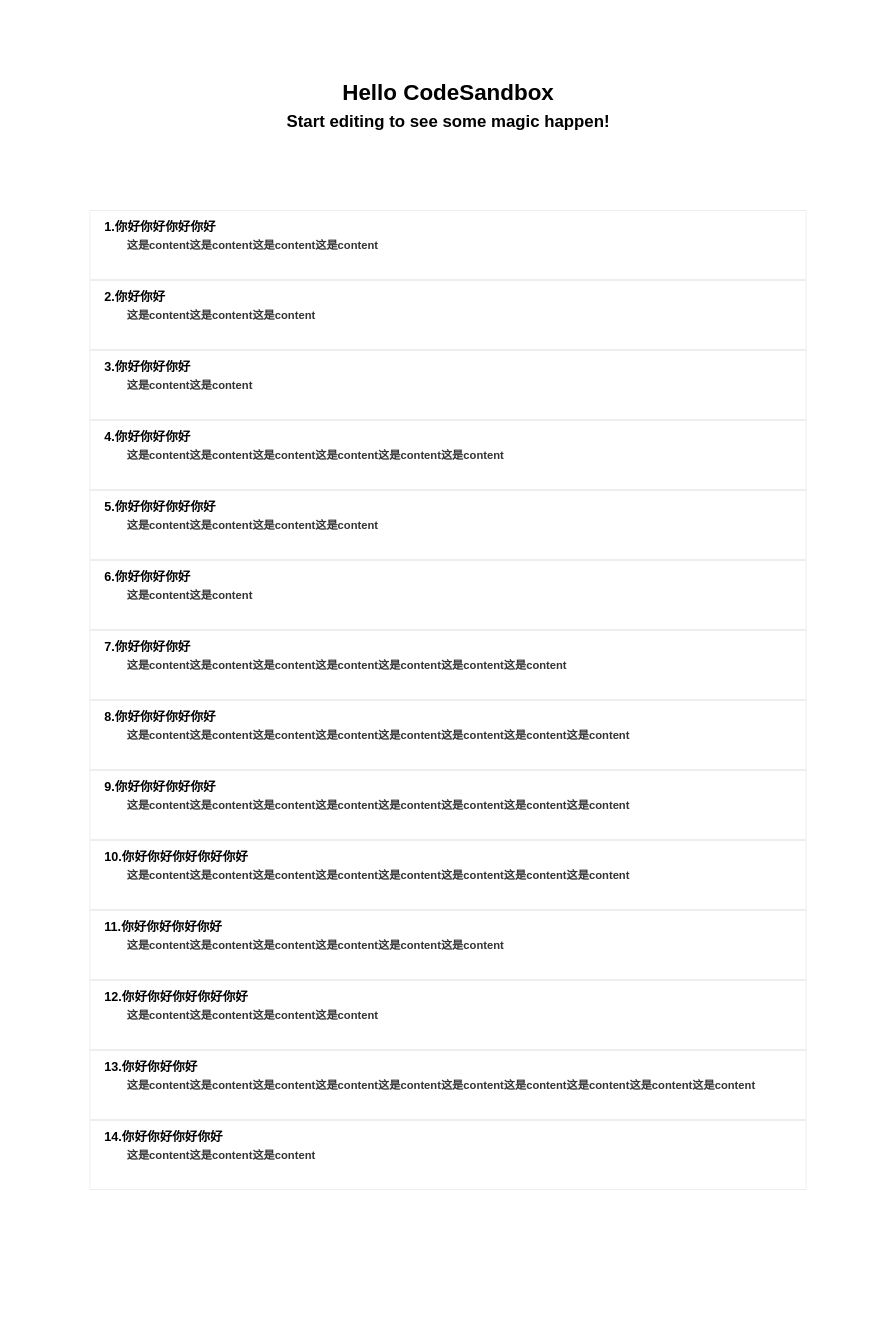
Repository: yuwanlin/react-virtuallist
Page: /
The author's editor kept a copy of each file at every save. The page is drawn from the files as they stood at one save, then again after the next save.
The browser window is 1280 px wide. The pictures show the part of the page from y = 0 to 1920 px (the page is 7000 px tall before and 6622 px after), at 70% of full size.
The project was rebuilt for these pictures with package versions that can differ from the ones it lists, and the page was loaded fresh each time.

Above is the page before, as saved 2019-09-21 14:09:52.

### src/index.tsx
import * as React from 'react'
import { render } from 'react-dom'

import './styles.css'
import VirtualList from './containers/virtual-list'
import { data } from './utils/data'

function App() {
  return (
    <div className="App">
      <div className={'hello'}>
        <h1>Hello CodeSandbox</h1>
        <h2>Start editing to see some magic happen!</h2>
      </div>

      <VirtualList
        list={data.list}
        numberOfContainer={10}
      />
    </div>
  )
}

const rootElement = document.getElementById('root')
render(<App/>, rootElement)

### src/containers/virtual-list/index.tsx
import React, { useEffect, useRef, useState, useLayoutEffect } from 'react'
import { Item } from '../../utils/data'
import './style.css'
import ListItem from '../../component/list-item'

interface VirtualListProps {
  beforeBuffer?: number
  afterBuffer?: number
  list: Item[]
  numberOfContainer: number
}

interface ItemPosition {
  top: number
  bottom: number
  index: number
}

function VirtualList(props: VirtualListProps) {
  const { beforeBuffer = 2, afterBuffer = 2, list = [], numberOfContainer = 10 } = props
  const [visibleList, setVisibleList] = useState<Item[]>([])
  const visibleItmesPositionRef = useRef<ItemPosition[]>([])
  const lastScrollItemPosition = useRef<ItemPosition>({ top: 0, bottom: 0, index: 0 })
  const lastScrollTopRef = useRef<number>(0)
  const startIndexRef = useRef<number> (0)
  // visible list的paddingTop和paddingBottom
  // 在list总长度不变的情况下，要保持visible list的paddingTop +  height + paddingBottom不变，才可以滚动
  const listOffsetRef = useRef({
    startOffset: 0,
    endOffset: 0
  })



  useEffect(() => {
    console.log('parent useEffect')
    updateListBoxHeight()
    window.addEventListener('scroll', handleScroll)

    return () => {
      window.removeEventListener('scroll', handleScroll)
    }
  }, [])

  useLayoutEffect(() => {
    console.log('parent useLayoutEffect')
  }, [])

  const getScrollTop = () => {
    return Math.max(document.body.scrollTop, document.documentElement.scrollTop, window.pageYOffset)
  }

  const handleScroll = () => {
    const scrollTop = getScrollTop()
    console.log('scrollTop', scrollTop, lastScrollItemPosition.current.bottom)
    // 滚动条向下滚动
    if(scrollTop > lastScrollTopRef.current) {
      if(scrollTop > lastScrollItemPosition.current.bottom) {
        updateStartIndex(scrollTop)
        updateListBoxHeight()
      }
    }

    if(scrollTop < lastScrollTopRef.current) {
      if(scrollTop < lastScrollItemPosition.current.top) {
        updateStartIndex(scrollTop)
        updateListBoxHeight()
      }
    }

    lastScrollTopRef.current = scrollTop
  }

  const updateStartIndex = (scrollTop: number) => {
    const targetItemPosition: ItemPosition = visibleItmesPositionRef.current.find(({ bottom }) => bottom > scrollTop)!
    console.log('targetItemPosition', targetItemPosition)
    if(!targetItemPosition) return
    lastScrollItemPosition.current = targetItemPosition
    startIndexRef.current = targetItemPosition.index
  }

  const updateListBoxHeight = () => {
    const endIndex: number = startIndexRef.current + numberOfContainer + beforeBuffer + afterBuffer
    listOffsetRef.current = {
      startOffset: startIndexRef.current * 100,
      endOffset: (list.length - endIndex) * 100
    }
    setVisibleList(list.slice(startIndexRef.current, endIndex))
  }

  const handleCalculatePosition = (node: HTMLElement, index: number) => {
    if(!node) return
    const { top, height } = node.getBoundingClientRect()
    const nodeOffsetY = top + getScrollTop()
    const position = {
      top: nodeOffsetY,
      bottom: nodeOffsetY + height,
      index
    }
    visibleItmesPositionRef.current.push(position)
  }

  console.log('parent render', listOffsetRef.current.startOffset)
  const top = listOffsetRef.current.startOffset;
  const bottom = listOffsetRef.current.endOffset;

  return (
    <div className={'virtual-list-box' + bottom}
      style={{paddingTop: top + 'px', paddingBottom : listOffsetRef.current.endOffset + 'px'}}
    >
      {
        visibleList.map((item: Item, index: number) => {
          const { id, title, content } = item
          return (
            <ListItem
              key={id}
              title={title}
              content={content}
              index={startIndexRef.current + index}
              id={id}
              onCalculatePosition={handleCalculatePosition}
            />
          )
        })
      }
    </div>
  )
}

export default VirtualList

### src/utils/data.ts
import Mock from 'mockjs'

export interface Item {
  id: number
  title: string
  content: string
}
export const data = Mock.mock({
  'list|60-100': [{
    'id|+1': 1,
    'title|2-5': '你好',
    'content|1-10': '这是content'
  }]
})

### src/containers/virtual-list/style.css
body {
    line-height: 1.5;
    box-sizing: border-box;
}

* {
    margin: 0;
    padding: 0;
}

### src/component/list-item/index.tsx
import React, { useEffect, useRef, useLayoutEffect } from 'react'
import './style.css'

interface ListItemProps {
  title: string
  content: string
  onCalculatePosition: (node: HTMLElement, index: number) => void
  index: number
  id: number
}
function ListItem(props: ListItemProps) {
  useEffect(() => {
    console.log('child useEffect')

  }, [])

  useLayoutEffect(() => {
    console.log('child useLayoutEffect')
  }, [])
  const { onCalculatePosition, title, content, id, index } = props
  const itemRef = useRef(null)
  useLayoutEffect(() => {
    console.log('uselayoutEffect item')
    itemRef.current && onCalculatePosition(itemRef.current!, index)
  }, [])
  console.log('render')
  return (
    <div className={'list-item'} ref={itemRef}>
      <h2 className={'title'}>{id}.{title}</h2>
      <h3 className={'content'}>{content}</h3>
    </div>
  )
}

export default ListItem

### src/component/list-item/style.css
.list-item {
    text-align: left;
    border: 1px solid #e7e7e7;
    padding: 10px 20px;
    width: 80%;
    margin: 0 auto 0;
    height: 100px;
}

.title {
    font-size: 18px;
    color: #000;
}

.content {
    font-size: 16px;
    color: #333;
    text-indent: 2em;
    word-break: break-all;
}

Loaded but not shown: public/index.html (common file); src/styles.css (common file)

After the next save:
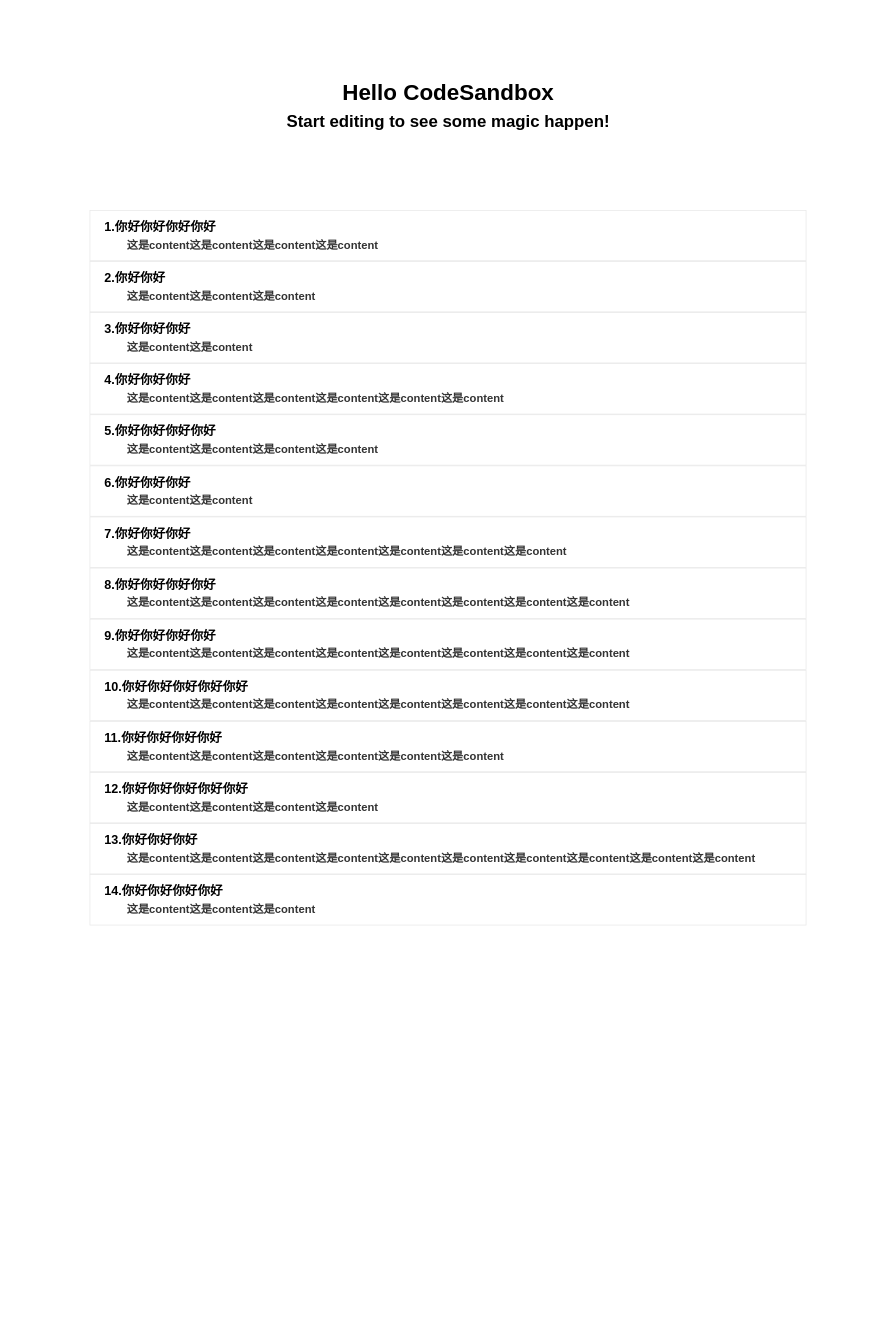
Saved 44 h 12 min later.
--- a/src/component/list-item/style.css
+++ b/src/component/list-item/style.css
@@ -4,7 +4,7 @@
     padding: 10px 20px;
     width: 80%;
     margin: 0 auto 0;
-    height: 100px;
+    /* height: 100px; */
 }
 
 .title {
